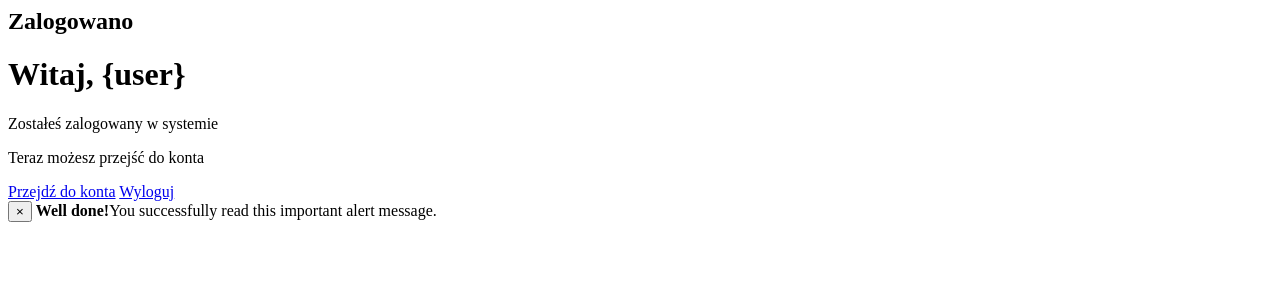
Repository: ydk2/ymvc
Page: http://localhost/system/views/login/welcome.php?action=choose
The author's editor kept a copy of each file at every save. The page is drawn from the files as they stood at one save, then again after the next save.
The browser window is 1280 px wide. The pictures show the whole page.
The page is run by PHP 8.4 with error messages shown; the project is at /var/www/html/.

Above is the page before, as saved 2017-01-25 07:06:34.

After the next save:
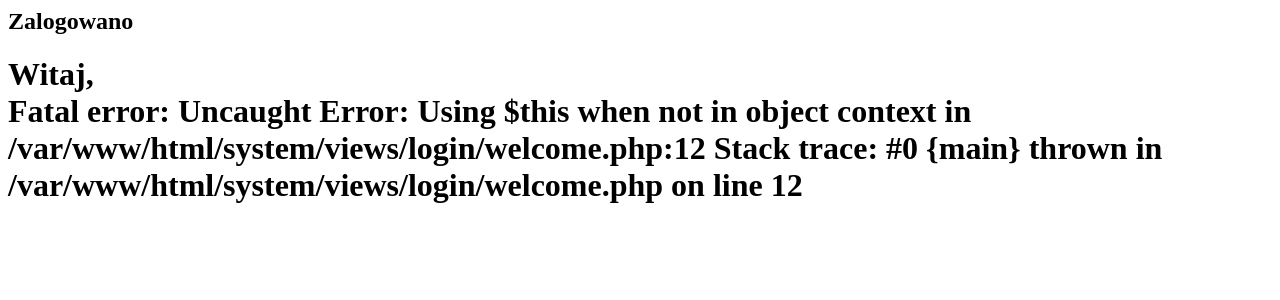
Saved 84 s later.
--- a/system/views/login/welcome.php
+++ b/system/views/login/welcome.php
@@ -9,7 +9,7 @@
               <div class="panel-body">
                 <div class="row login-form well">
                   <div class="col-md-12">
-                    <h1>Witaj, {user}</h1>
+                    <h1>Witaj, <?=$this->ViewData('user_name');?></h1>
                     <p class="lead">Zostałeś zalogowany w systemie</p>
                     <p>Teraz możesz przejść do konta</p>
                   </div>
@@ -20,9 +20,9 @@
                 </div>
                 <div class="row login-bar">
                   <div class="col-md-12">
-                    <div class="alert alert-dismissable alert-info">
+                    <div class="alert alert-dismissable <?=$this->ViewData('classes');?>">
                       <button contenteditable="false" type="button" class="close" data-dismiss="alert" aria-hidden="true">×</button>
-                      <strong>Well done!</strong>You successfully read this important alert message.</div>
+                      <?=$this->ViewData('alert');?></div>
                   </div>
                 </div>
               </div>
